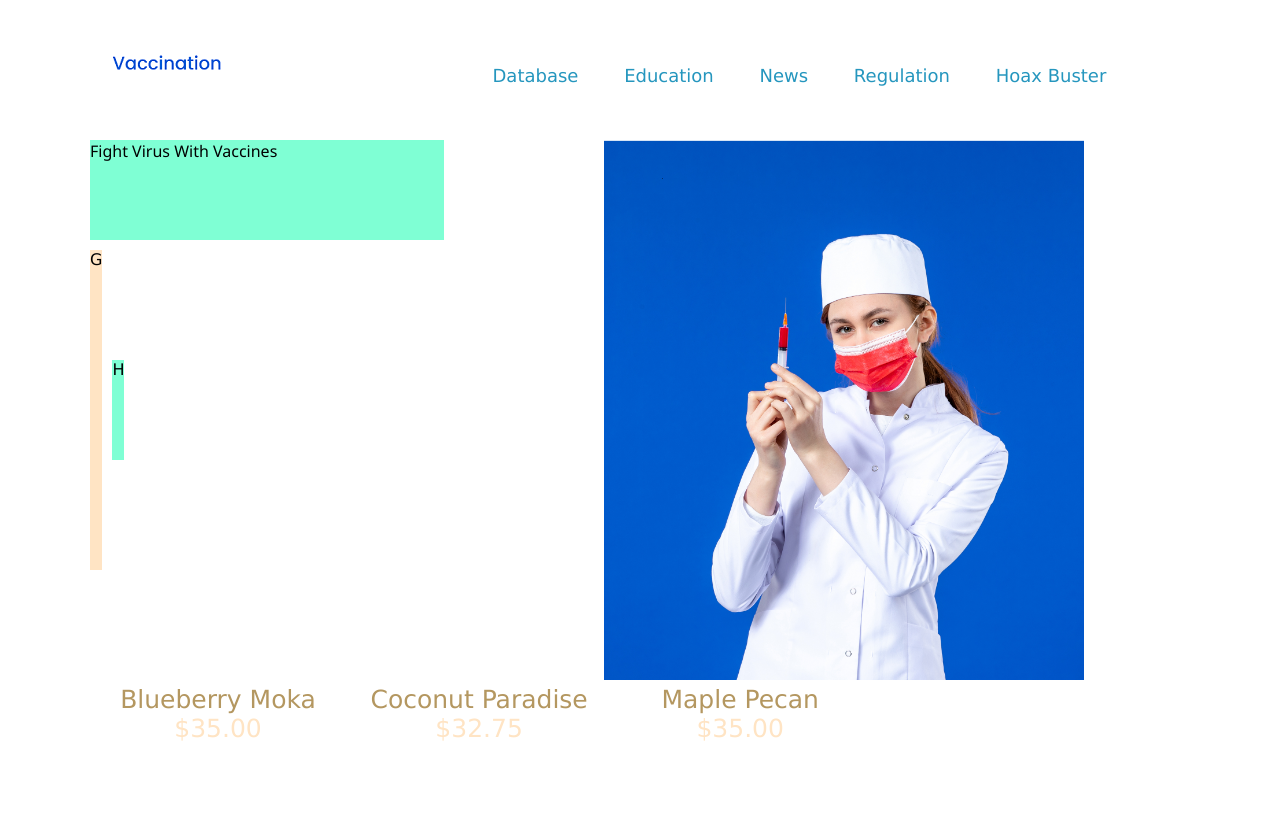
Repository: roge64/cssfrontend
Page: index.html
An editor plug-in stored every save of this project. The page is shown before and after the next save, followed by the edit.
The browser window is 1280 px wide. The pictures show the part of the page from y = 0 to 840 px (the page is 2133 px tall before and 2258 px after).
A picture or video elsewhere on the page could not be fetched, so the positions and the page height are approximate.

Above is the page before, as saved 2022-03-10 11:16:38.

### index.html
<!DOCTYPE html>
<html lang="en">

<head>
    <meta charset="UTF-8">
    <meta http-equiv="X-UA-Compatible" content="IE=edge">
    <meta name="viewport" content="width=device-width, initial-scale=1.0">
    <title>3 Cakes</title>
    <link rel="stylesheet" href="estilos/estilos.css">


</head>

<body>

    <section id="container">

        <header>
            <!--             <p style="color:#b49760"> Only 3 cakes for 3 months, and then we change all! </p> -->

        </header>

    <section id="banner">

        <article id="banner1" <a href="index.html"> <img src="/img/logo1.png" alt="logo.png"></a></article>
        <article id="banner2">
            <ul class="menu">
                <li><a href="#home"></a>Database</li>
                <li><a href="#cakes"></a>Education</li>
                <li><a href="#decor"></a>News</li>
                <li><a href="#order"></a>Regulation</li>
                <li><a href="#admin"></a>Hoax Buster</li>
                <!-- <li><a href="#void"></a>   </li> -->
            </ul>
        </article>

    </section>


<!--     <section id="tienda">
        <article id="cake1"> </article>
        <article id="cake2"> </article>
        <div class="wrapper">
            <div class="box e">E</div>
            <div class="box f">F</div>
            <div class="box g">G</div>
            <div class="box h">H</div>
        </div>
    </section> -->

    <div class="wrapper">
        <div class="box e">Fight Virus With Vaccines</div>
        <div class="box f"></div>
        <div class="box g">G</div>
        <div class="box h">H</div>
    </div>

    <section id="names">
        <article id="name1">
            <p style="color:#b49760"> Blueberry Moka</p>
            <p style="color: bisque"> $35.00</p>
        </article>
        <article id="name2">
            <p style="color:#b49760"> Coconut Paradise</p>
            <p style="color: bisque"> $32.75</p>
        </article>
        <article id="name3">
            <p style="color:#b49760"> Maple Pecan</p>
            <p style="color: bisque"> $35.00</p>
        </article>
    </section>

    <section id="separador">


    </section>

    <section id="social">
        <article id="social1">
            <a href="#"><img src="img/instagram.png" alt="instagram"></a>
            <a href="#"><img src="img/facebook.png" alt="facebook"></a>
            <a href="#"><img src="img/youtube.png" alt="youtube"></a>
            <a href="#"><img src="img/twitter.png" alt="twitter"></a>
        </article>

        <article id="social2">
            <div id="lte_icons-2" class="widget widget_lte_icons">
                <h3 class="lte-header-widget " style="color:bisque"><span class="widget-icon"></span>Contact us
                </h3>
                <ul class="lte-social-icons-list">
                    <li>
                        <a href="#"><span class="lte-ic icon icon-phone-call"></span><span class="lte-header"
                                style="color:bisque">Phone:</span><span class="lte-txt" style="color:#b49760">+52
                                01-2345-6789<br> </span>
                        </a>
                    </li>
                    <li>
                        <a href="#"><span class="lte-ic icon icon-location"></span><span class="lte-header"
                                style="color:bisque">Our location:</span><span class="lte-txt" style="color:#b49760">975
                                FrontEnd Ave, NA 105048, Unknown</span>
                        </a>
                    </li>
                    <li>
                        <a href="#"><span class="lte-ic icon icon-mail"></span><span class="lte-header"
                                style="color:bisque">Email:</span><span class="lte-txt"
                                style="color:#b49760">3cakes@3cakes.com</span>
                        </a>
                    </li>
                    <li>
                        <a href="#">
                            <span class="lte-ic icon icon-mail"></span>
                            <span class="lte-header" style="color:bisque">Hours:</span>
                            <span class="lte-txt" style="color:#b49760">Monday - Friday: 10:00 - 20:00</span>
                            <br>
                            <span class="lte-txt" style="color:#b49760">Saturday -Sunday: 10:00 - 14:00</span>
                        </a>
                    </li>
                </ul>
            </div>

        </article>
    </section>


    <footer>
        <p style="color:#b49760"> Copyright &copy; 2021-<script>
                document.write(new Date().getFullYear())
            </script> Rogelio Valdés All Rights Reserved</p>
        <article id="footer1"></article>
    </footer>

    </section>

</body>

</html>

### estilos/estilos.css
*{
    border: 0 ;
    margin: 0 ;
    padding: 0;
    text-decoration: none;
}

body{
    font-family: Geneva;
    background-color: rgb(0, 0, 0);
    width:1100px;
    margin-left:auto;
    margin-right:auto;

    background-color:white;
/* background-image:
radial-gradient(circle at 100% 150%, black 24%, #101010 24%, #101010 28%, black 28%, black 36%, #101010 36%, #101010 40%, transparent 40%, transparent),
radial-gradient(circle at 0    150%, black 24%, #101010 24%, #101010 28%, black 28%, black 35%, #101010 36%, #101010 40%, transparent 40%, transparent),
radial-gradient(circle at 50%  100%, #101010 10%, black 10%, black 23%, #101010 23%, #101010 30%, black 30%, black 43%, #101010 43%, #101010 50%, black 50%, black 63%, #101010 63%, #101010 71%, transparent 71%, transparent),
radial-gradient(circle at 100% 50%, #101010 5%, black 5%, black 15%, #101010 15%, #101010 20%, black 20%, black 29%, #101010 29%, #101010 34%, black 34%, black 44%, #101010 44%, #101010 49%, transparent 49%, transparent),
radial-gradient(circle at 0    50%, #101010 5%, black 5%, black 15%, #101010 15%, #101010 20%, black 20%, black 29%, #101010 29%, #101010 34%, black 34%, black 44%, #101010 44%, #101010 48%, transparent 49%, transparent);
background-size: 50px 31px;
 */
}

.menu{
    list-style: none;
    padding: 0;
    background: white;
    width: 90%;
    height: 75px;
    max-width: 900px;
    margin: auto;
}

.menu li{
    text-decoration: none;
    color: #2596be;
    padding: 20px;
    display: block;
}

.menu li{
    display: inline-block;
    text-align: right;
}

.menu li:hover{
    background: #2747c5;
}


#container, header, #banner, #noticias, #marcas, footer, #social1{
    /* background-color:rgb(255, 255, 255); */
    background-color:white;
/* background-image:
radial-gradient(circle at 100% 150%, black 24%, #101010 24%, #101010 28%, black 28%, black 36%, #101010 36%, #101010 40%, transparent 40%, transparent),
radial-gradient(circle at 0    150%, black 24%, #101010 24%, #101010 28%, black 28%, black 35%, #101010 36%, #101010 40%, transparent 40%, transparent),
radial-gradient(circle at 50%  100%, #101010 10%, black 10%, black 23%, #101010 23%, #101010 30%, black 30%, black 43%, #101010 43%, #101010 50%, black 50%, black 63%, #101010 63%, #101010 71%, transparent 71%, transparent),
radial-gradient(circle at 100% 50%, #101010 5%, black 5%, black 15%, #101010 15%, #101010 20%, black 20%, black 29%, #101010 29%, #101010 34%, black 34%, black 44%, #101010 44%, #101010 49%, transparent 49%, transparent),
radial-gradient(circle at 0    50%, #101010 5%, black 5%, black 15%, #101010 15%, #101010 20%, black 20%, black 29%, #101010 29%, #101010 34%, black 34%, black 44%, #101010 44%, #101010 48%, transparent 49%, transparent);
background-size: 50px 31px;
 */
    height: 1500px;
    width: 1100px;

}

header{
/*     background-color:antiquewhite;
 */
    height: 40px;
    text-align: center;
    font-size: x-large;

}

#banner{
    background-color:white;
/*     background-color:rgb(25, 25, 25); */
    width: 1100px;
    height: 100px;


}


#noticias{
/*     background-color: antiquewhite;
 */
    height: 200px;
}

#tienda #names{
/*     background-color: grey; */
/* background-color:black;
background-image:
radial-gradient(circle at 100% 150%, black 24%, #101010 24%, #101010 28%, black 28%, black 36%, #101010 36%, #101010 40%, transparent 40%, transparent),
radial-gradient(circle at 0    150%, black 24%, #101010 24%, #101010 28%, black 28%, black 35%, #101010 36%, #101010 40%, transparent 40%, transparent),
radial-gradient(circle at 50%  100%, #101010 10%, black 10%, black 23%, #101010 23%, #101010 30%, black 30%, black 43%, #101010 43%, #101010 50%, black 50%, black 63%, #101010 63%, #101010 71%, transparent 71%, transparent),
radial-gradient(circle at 100% 50%, #101010 5%, black 5%, black 15%, #101010 15%, #101010 20%, black 20%, black 29%, #101010 29%, #101010 34%, black 34%, black 44%, #101010 44%, #101010 49%, transparent 49%, transparent),
radial-gradient(circle at 0    50%, #101010 5%, black 5%, black 15%, #101010 15%, #101010 20%, black 20%, black 29%, #101010 29%, #101010 34%, black 34%, black 44%, #101010 44%, #101010 48%, transparent 49%, transparent);
background-size: 50px 31px; */

    height: 300px;
    width: 1000px;
    padding-left: 10px;
    padding-right: 10px;
    padding-top: 5px;
    text-align: center;
}

#marcas{
/*     background-color:rgb(58, 41, 18); */
    height: 205px;
}


footer{
    width: 800px;
/*     background-color:rgb(0, 0, 0); */
    text-align: center;
    height: 25px;
    padding-top: 7px;

}


#banner #banner1{
/*     background-color: rgb(180, 134, 73); */
    width: 100px;
    height: 100x;
    float: left;
    text-align: center;
/*     display: inline-block; */
    margin: 5px 5px;
}

#banner #banner2{
/*     background-color: rgb(180, 134, 73); */
    width: 750px;
    height: 100px;
    float: right;
/*     display: inline-block; */
    /* vertical-align: center;  */
    margin: 5px 5px;
    font-size: 18px;
}

#noticias #news1{
/*     background-color: rgb(41, 38, 34); */
    font-size: 50px;

    text-align: center;
    width: 790px;
    height: 200px;
    display: inline-block;
    vertical-align: center;
    margin: 5px 5px;

}


#tienda #cake1{
    background: rgb(109, 175, 33);
    width: 480px;
    height: 485px;
    display: inline-block;
    vertical-align: top;
    margin: 5px 8px;

}

#tienda #cake2{
    background: cornflowerblue;
    width: 450px;
    height: 585px;
    display: inline-block;
    vertical-align: top;
    margin: 5px 70px;
    background-image: url("../img/picx1.png");
    background-repeat: no-repeat;
    background-size: cover;
}

/* #tienda #cake3{
    background: rgb(175, 169, 112);
    width: 240px;
    height: 285px;
    display: inline-block;
    vertical-align: top;
    margin: 5px 5px;
} */

#names #name1{
    font-size: 25px;
    text-align: center;
    width: 240px;
    height: 60px;
    display: inline-block;
    vertical-align: top;
    margin: 5px 8px;
}

#names #name2{
    font-size: 25px;
    text-align: center;
    width: 240px;
    height: 60px;
    display: inline-block;
    vertical-align: top;
    margin: 5px 8px;
}

#names #name3{
    font-size: 25px;
    text-align: center;
    width: 240px;
    height: 60px;
    display: inline-block;
    vertical-align: top;
    margin: 5px 8px;
}

#social #social1{
    text-decoration: none;
/*     background: rgb(109, 175, 33); */
    width: 375px;
    height: 150px;
    display: inline-block;
    vertical-align: center;
    margin: 10px 12px;
}

#social #social2{
    text-decoration: none;
/*     background: rgb(109, 175, 33); */
    width: 375px;
    height: 150px;
    display: inline-block;
    vertical-align: center;
    margin: 10px 10px;
}

#social #social1 {
    color: rgb(175, 169, 112);


}

#separador {
        width: 800px;
        text-align: center;
        height: 100px;

}

.wrapper {
    display: grid;
    grid-template-columns: repeat(1, 1fr);
    gap: 10px;
    grid-auto-rows: minmax(100px, auto);
  }

  .e {
    grid-column: 1 / 35;
    grid-row: 1 / 2;
    background-color:aquamarine;
    font-family: 'Segoe UI', Tahoma, Geneva, Verdana, sans-serif;
    font-size: 55spx;
    font-stretch: expanded;
  }
  .f {
    grid-column: 50 / 99;
    grid-row: 1 / 6;
    background-color:aqua;
    background-image: url("../img/picx1.png");
    background-repeat: no-repeat;
    background-size: cover;

  }
  .g {
    grid-column: 1;
    grid-row: 2 / 5;
    background-color:bisque;
  }
  .h {
    grid-column: 2;
    grid-row: 3;
    background-color:aquamarine;
  }

After the next save:
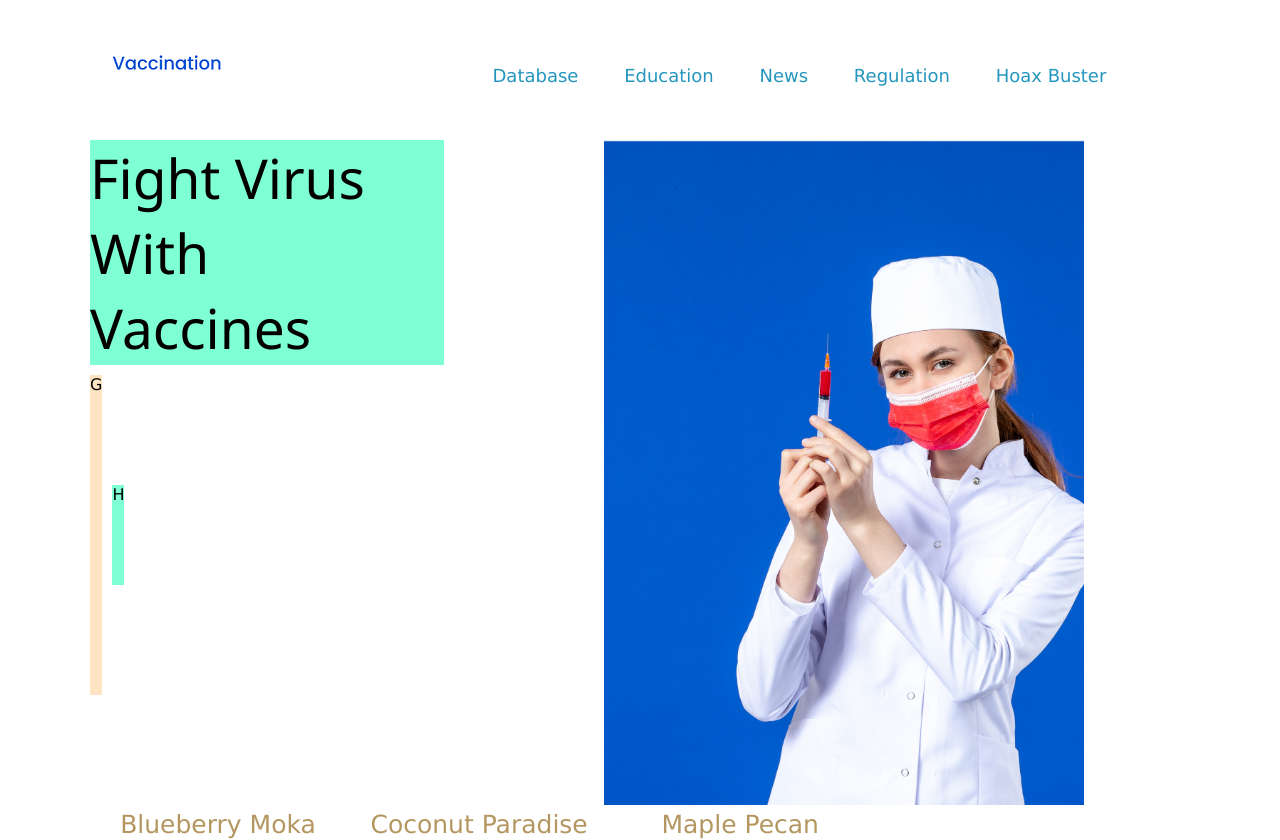
Saved 5 s later.
--- a/estilos/estilos.css
+++ b/estilos/estilos.css
@@ -267,7 +267,7 @@
     grid-row: 1 / 2;
     background-color:aquamarine;
     font-family: 'Segoe UI', Tahoma, Geneva, Verdana, sans-serif;
-    font-size: 55spx;
+    font-size: 55px;
     font-stretch: expanded;
   }
   .f {
